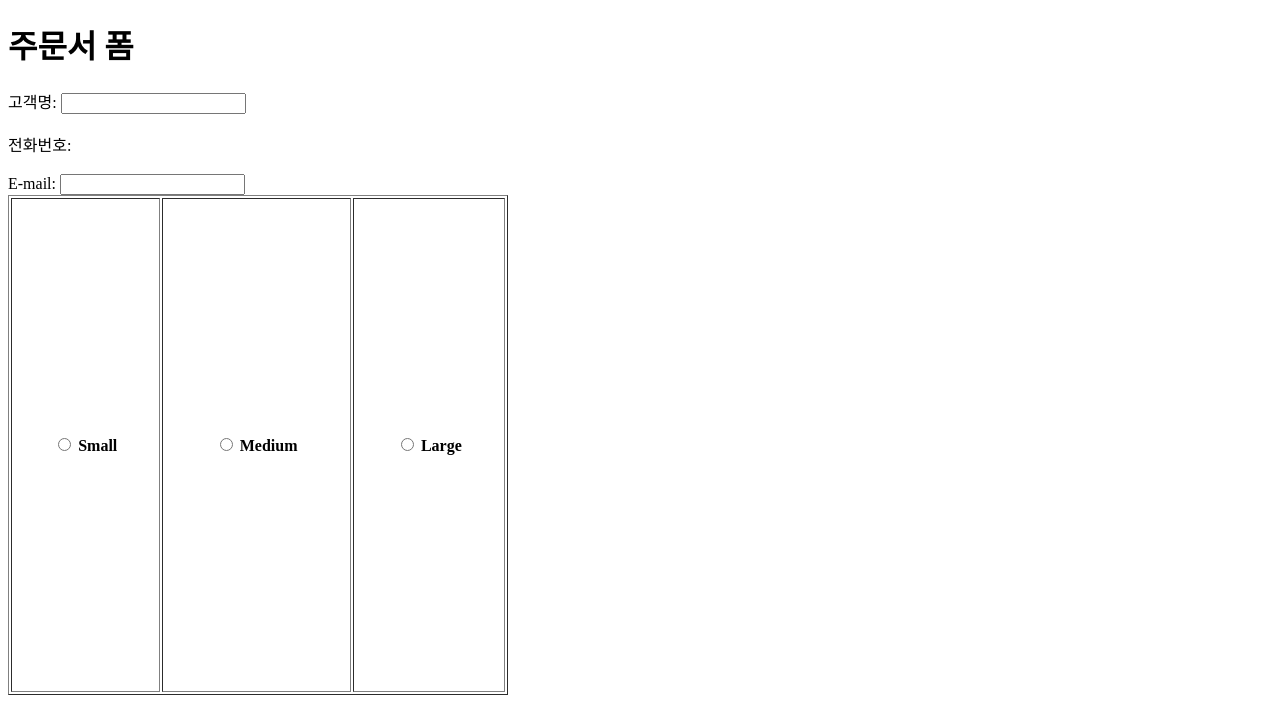
Repository: bianchi112/ict-data
Page: web_workspace/testHTMLProject2/src/main/webapp/views/practice/orderform.html
The author's editor kept a copy of each file at every save. The page is drawn from the files as they stood at one save, then again after the next save.
The browser window is 1280 px wide. The pictures show the whole page.

Above is the page before, as saved 2024-08-16 03:36:27.

### web_workspace/testHTMLProject2/src/main/webapp/views/practice/orderform.html
<!DOCTYPE html>
<html>
<head>
<meta charset="UTF-8">
<title>orderform</title>
</head>
<body>
	<header>
		<h1>주문서 폼</h1>

		고객명: <input type="text"> <br> <br>
		전화번호: <inputtype="text"> <br> <br>
		E-mail: <input type="email"><br>

		<table border="1" width="500" height="500">
			<tr>
				<th><input type="radio"> Small</th>
				<th><input type="radio"> Medium</th>
				<th><input type="radio"> Large</th>
			</tr>
		</table>
	</header>
</body>
</html>

After the next save:
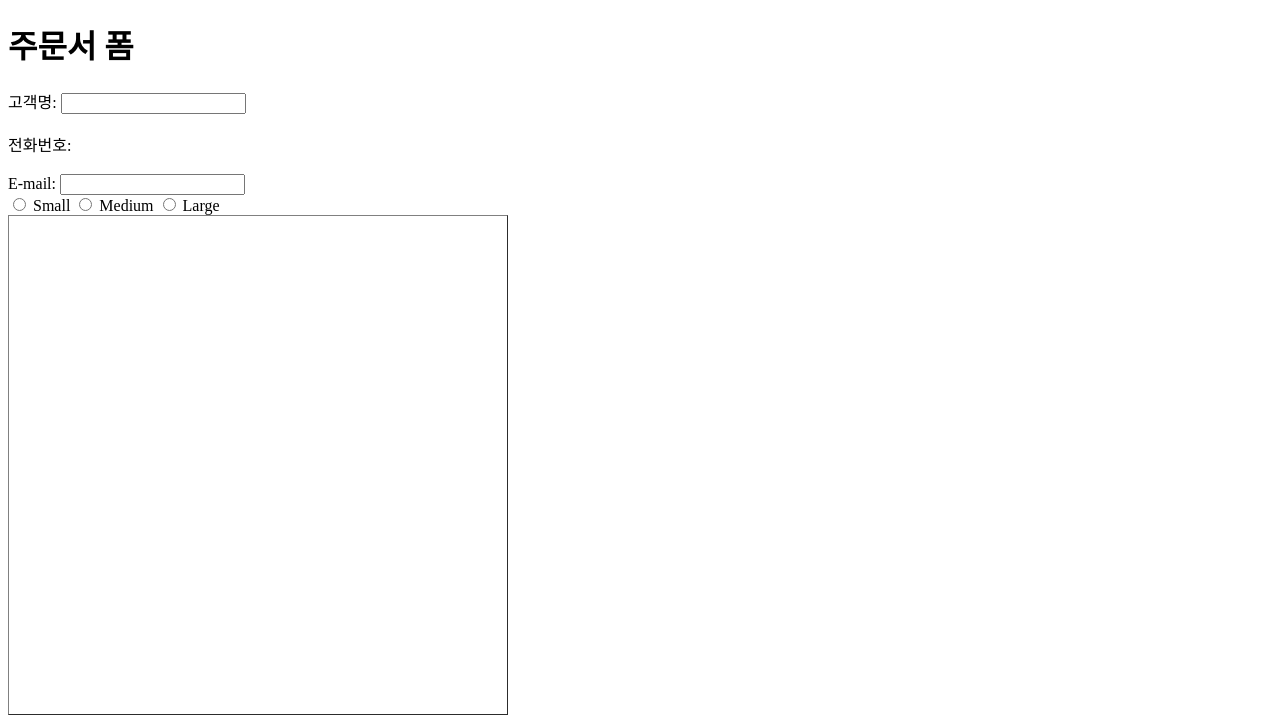
Saved 12 s later.
--- a/web_workspace/testHTMLProject2/src/main/webapp/views/practice/orderform.html
+++ b/web_workspace/testHTMLProject2/src/main/webapp/views/practice/orderform.html
@@ -14,9 +14,9 @@
 
 		<table border="1" width="500" height="500">
 			<tr>
-				<th><input type="radio"> Small</th>
-				<th><input type="radio"> Medium</th>
-				<th><input type="radio"> Large</th>
+				<input type="radio"> Small
+				<input type="radio"> Medium
+				<input type="radio"> Large
 			</tr>
 		</table>
 	</header>
